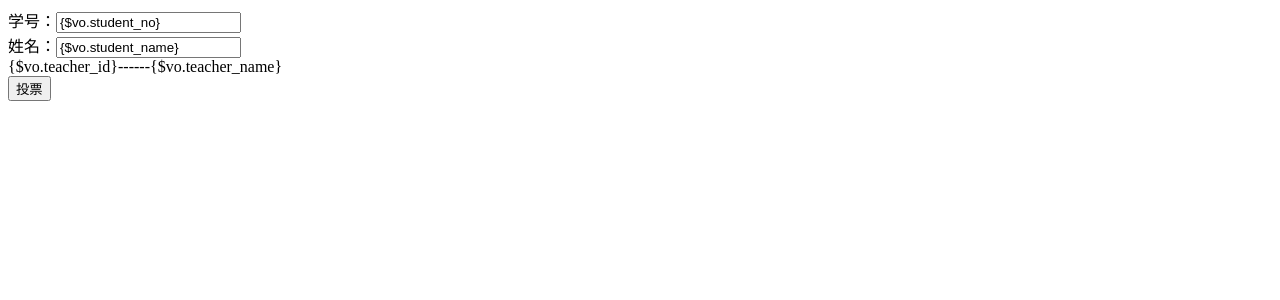
Repository: yonghuisu/THUVote
Page: LocalProject/Application/Home/View/Vote/edit.html
These files come from the project's save history. The page is drawn as it stood at one moment and after the next save; the edit follows.
The browser window is 1280 px wide. The pictures show the whole page.

Above is the page before, as saved 2014-04-14 09:07:25.

After the next save:
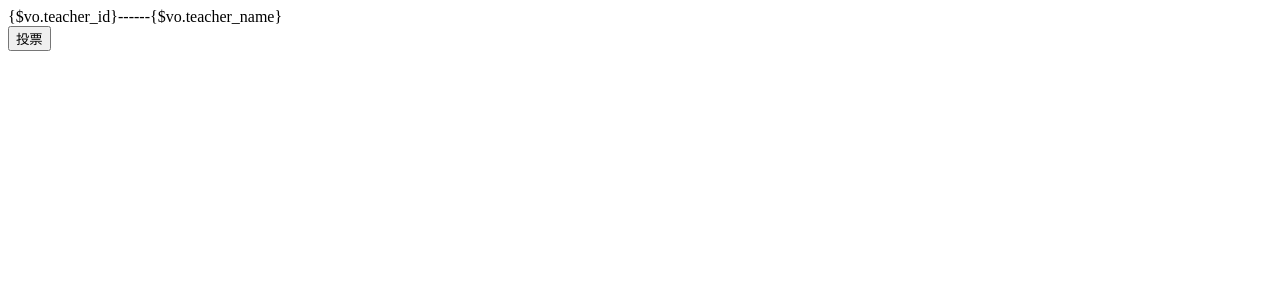
Saved 17 s later.
--- a/LocalProject/Application/Home/View/Vote/edit.html
+++ b/LocalProject/Application/Home/View/Vote/edit.html
@@ -1,6 +1,5 @@
 <FORM method="post" action="__URL__/update">
-学号：<INPUT type="text" name="student_no" value = "{$vo.student_no}"><br/>
-姓名：<INPUT type="text" name="student_name" value = "{$vo.student_name}"><br/>
+
 <volist>
 {$vo.teacher_id}------{$vo.teacher_name}<br/>
 </volist>
